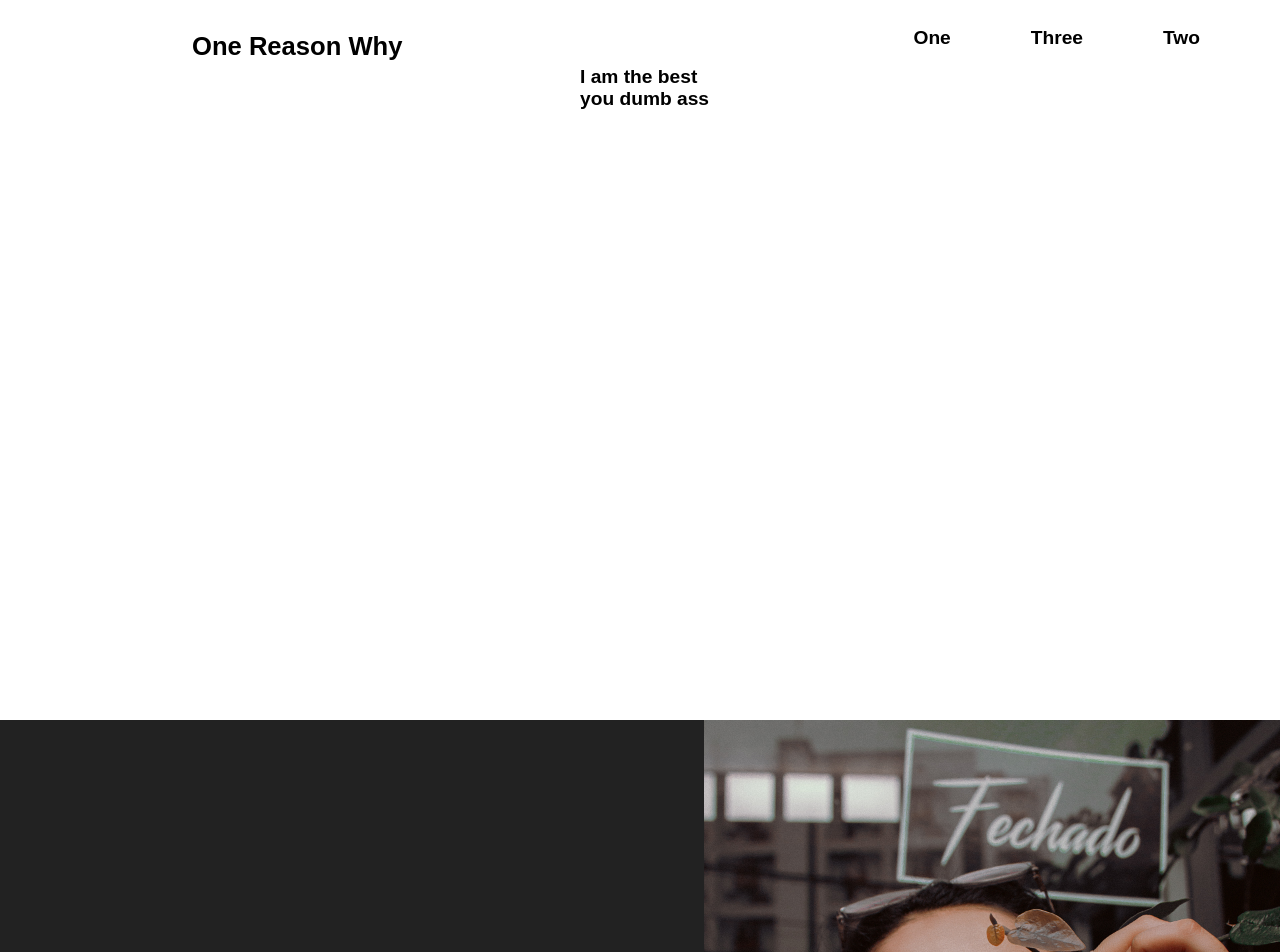
Repository: Imprasna/scrollmagic
Page: index.html
These files come from the project's save history. The page is drawn as it stood at one moment and after the next save; the edit follows.
The browser window is 1280 px wide. The pictures show the part of the page from y = 0 to 952 px (the page is 2200 px tall).
A picture or video elsewhere on the page could not be fetched, so the positions and the page height are approximate. Some web fonts or font styles are not loaded; a fallback is used. Some web libraries are served in a nearby version.

Above is the page before, as saved 2021-11-14 18:20:51.

### index.html
<!DOCTYPE html>
<html lang="en">
<head>
    <meta charset="UTF-8">
    <meta http-equiv="X-UA-Compatible" content="IE=edge">
    <meta name="viewport" content="width=device-width, initial-scale=1.0">
    <link rel="stylesheet" href="style.css">
    <title>Gsap Animation</title>
</head>
<body>
    <section class="home">
        <nav>
            <h1 class="sliding-text">I am the best <br>you dumb ass</br></h1>
            <ul>
                <li><a href="#">One</a></li>
                <li><a href="#">Three</a></li>
                <li><a href="#">Two</a></li>
            </ul>
        </nav>
        <h1 class="logo">One Reason Why</h1>
    </section>

    <section class="first-page">
        <div class="intro">
            <h2>Introduction</h2>
            <p>Lorem ipsum dolor sit amet consectetur adipisicing elit. Recusandae tenetur,
                atque voluptate aut voluptates dolorum consequuntur excepturi dolorem suscipit similique.
            </p>
        </div>
        <img src="./images/1.jpg" alt="">
    </section>

    <section class="second-page">
        <img src="./images/2.jpg" alt="">
        <div class="intro">
            <h2>About</h2>
            <p>Lorem ipsum dolor sit amet consectetur adipisicing elit. Recusandae tenetur,
                atque voluptate aut voluptates dolorum consequuntur excepturi dolorem suscipit similique.
            </p>
        </div>
    </section>


    <script src="https://cdnjs.cloudflare.com/ajax/libs/gsap/3.8.0/gsap.min.js"></script>
    <script src="https://cdnjs.cloudflare.com/ajax/libs/gsap/3.8.0/ScrollTrigger.min.js" referrerpolicy="no-referrer"></script>
    <script src="app.js"></script>
</body>
</html>

### style.css
@import url('https://fonts.googleapis.com/css2?family=Zen+Kurenaido&display=swap');


* {
    margin: 0;
    padding: 0;
    box-sizing: border-box;
}

html, body {
    font-family: 'Zen Kurenaido', sans-serif;
}

nav {
    display: flex;
    justify-content: space-between;
    padding: 1rem 5rem;
    background-color: #fff;
}

h1 {
    font-size: 1.2rem;
    font-weight: 600;
}

h2 {
    font-size: 5rem;
}

ul {
    display: flex;
    list-style: none;
    align-items: center;
}

a {
    text-decoration: none;
    font-size: 1.2rem;
    color: #000;
    margin-left: 5rem;
    font-weight: 600;
}

.logo {
    position: absolute;
    left: 50%;
    top: 50%;
    font-size: 1.6rem;
    transform: translate(-50%, -50%) scale(6);
    transition: 4s;
}

.home {
    height: 100vh;
}

.first-page {
    height: 100vh;
    background: #222;
    color: #fff;
    display: flex;
    justify-content: center;
    align-items: center;
}

.first-page img {
    object-fit: cover;
    height: 100%;
    width: 600px;
}

.first-page, .second-page p {
    font-size: 2rem;
}


.second-page {
    height: 100vh;
    background: #222;
    color: #fff;
    display: flex;
    justify-content: center;
    align-items: center;
    text-align: right;
}

.second-page img {
    height: 800px;
    width: 600px;
    object-fit: cover;
}

### app.js
let tl = gsap.timeline({
    ScrollTrigger: {
        trigger: ".home",
        start: "0%",
        // end: "100%",
        scrub: 1,
    },
});

let tl2 = gsap.timeline({
    ScrollTrigger: {
        trigger: ".home",
        start: "0%",
        // end: "100%",
        scrub: 1,
        pin: true
    },
});

let tl3 = gsap.timeline({
    ScrollTrigger: {
        trigger: ".home",
        start: "0%",
        // end: "100%",
        scrub: 1,
        pin: true,
    },
});

tl.fromTo(".sliding-text", { x:500 }, { y:50 });
tl2.fromTo(".logo", {scale: 6}, {scale: 1, top: "2rem", left: "12rem", x: "50%", y: "50%", pin: true});

After the next save:
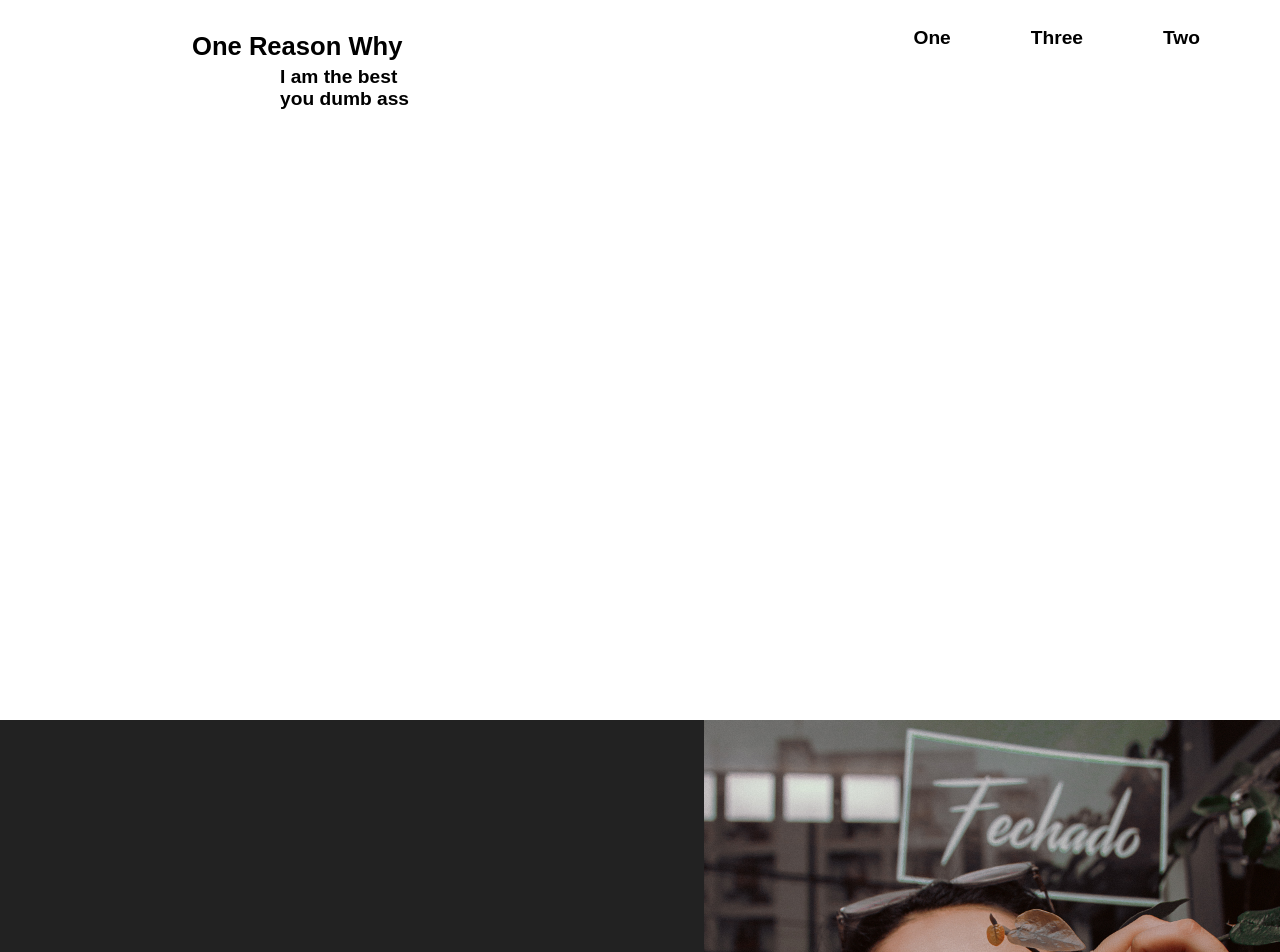
Saved 5 s later.
--- a/app.js
+++ b/app.js
@@ -27,5 +27,5 @@ let tl3 = gsap.timeline({
     },
 });
 
-tl.fromTo(".sliding-text", { x:500 }, { y:50 });
+tl.fromTo(".sliding-text", { x:200 }, { y:50 });
 tl2.fromTo(".logo", {scale: 6}, {scale: 1, top: "2rem", left: "12rem", x: "50%", y: "50%", pin: true});
